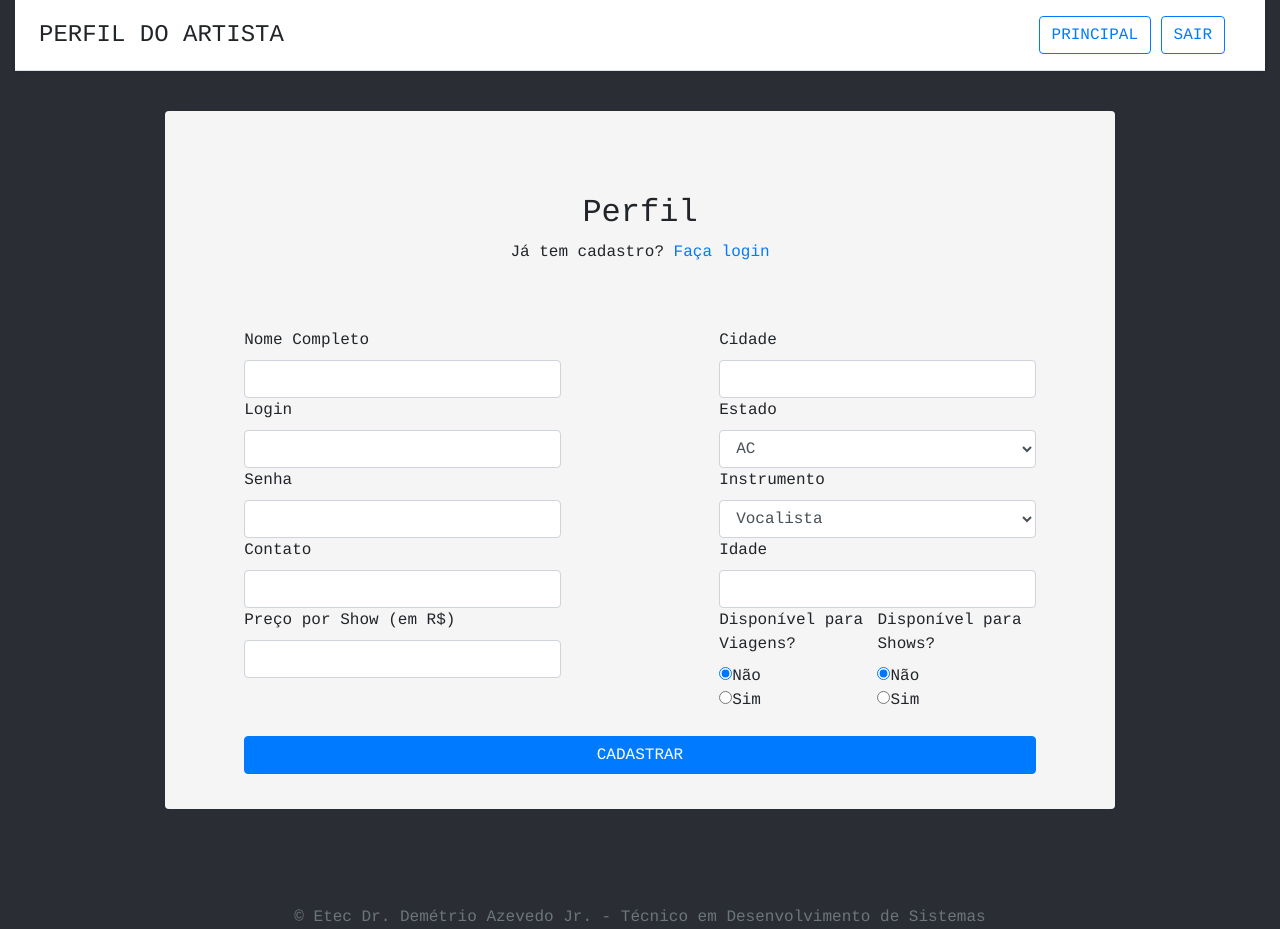
Repository: van051299/aula_20200211_crud
Page: http://localhost/perfil.php
The author's editor kept a copy of each file at every save. The page is drawn from the files as they stood at one save, then again after the next save.
The browser window is 1280 px wide. The pictures show the whole page.
The page is run by PHP 8.4 with error messages shown; the project is at /var/www/html/. The session is filled in as if someone had signed in: {"login": "testuser"}. Other server files are loaded and not shown.

Above is the page before, as saved 2019-11-22 16:39:41.
Console error: TypeError: Cannot read properties of undefined (reading 'fn')

### 2511-v2.3/perfil.php
<?php
session_start();

include 'conexao.php';

if(empty($_SESSION["login"])){
	echo "<script>alert('Faça o login primeiramente!')</script>";
	header("Location:login.php");
}
?>

<!DOCTYPE html>
<html lang="pt-br">
	<head>
		<title>Perfil</title>
		<!-- Meta tags Obrigatórias -->
		<meta charset="utf-8" />
		<meta name="viewport" content="width=device-width, initial-scale=1, shrink-to-fit=no">
		<!-- Arquivo CSS Bootstrap -->
		<link rel="stylesheet" href="css/bootstrap.min.css" />
		<!-- Arquivo CSS do projeto -->
		<link rel="stylesheet" href="css/estilo.css" />
    <link rel="stylesheet" type="text/css" href="css/stylesheets.css">
		<!-- CSS interno -->
		<style>
		.container {
			max-width: 950px;

		}
		body {
			background-color: #2A2D34;
            font-family:courier,arial,helvetica;
		}
		</style>
  </head>

  <body>

    <div class="container-fluid">
        <div class="d-flex flex-column flex-md-row align-items-center p-3 px-md-4 mb-3 bg-white border-bottom shadow-sm">
            <h4 class="my-0 mr-md-auto font-weight-normal">PERFIL DO ARTISTA</h4>
            <nav class="my-2 my-md-0 mr-md-3">
				<a class="btn btn-outline-primary" href="index.php">PRINCIPAL</a>
				<a class="btn btn-outline-primary" href="logout.php">SAIR</a>
      </nav>
    </div>
    <br>

    <form action="" method="POST">
    <div class="container rounded " style="background-color: #f5f5f5; padding-bottom: 35px; padding-top: 35px;">
        <div class="py-5 text-center">
            <h2>Perfil</h2>
                <p>Já tem cadastro?<a href="login.php"> Faça login</a></p>
        </div>
      <div class="row">
        <div class="col-1">

        </div>
      <div class="col-4 p-0">
        <label for="nome">Nome Completo</label>
        <input type="text" class="form-control " name="nome" id="nome" placeholder="" value="">
      </div>
      <div class="col-2 p-0">

      </div>
      <div class="col-4 p-0">
        <label for="cidade">Cidade</label>
        <input type="text" class="form-control" name="cidade" id="cidade" placeholder="" required>
      </div>
    </div>

        <div class="row">
          <div class="col-1">

          </div>
          <div class="col-4 p-0">
            <label for="login">Login</label>
            <input type="text" class="form-control" name="login" id="login" placeholder="" required>
          </div>
          <div class="col-2">

          </div>
          <div class="col-4 p-0">
            <label for="estado">Estado</label>
                <select class="form-control" name="estado" id="estado">
                    <option value="ac">AC</option>
                    <option value="al">AL</option>
                    <option value="ap">AP</option>
                    <option value="am">AM</option>
                    <option value="ba">BA</option>
                    <option value="ce">CE</option>
                    <option value="df">DF</option>
                    <option value="es">ES</option>
                    <option value="go">GO</option>
                    <option value="ma">MA</option>
                    <option value="ms">MS</option>
                    <option value="mt">MT</option>
                    <option value="mg">MG</option>
                    <option value="pa">PA</option>
                    <option value="pb">PB</option>
                    <option value="pr">PR</option>
                    <option value="pe">PE</option>
                    <option value="pi">PI</option>
                    <option value="rj">RJ</option>
                    <option value="rn">RN</option>
                    <option value="ro">RO</option>
                    <option value="rr">RR</option>
                    <option value="rs">RS</option>
                    <option value="sc">SC</option>
                    <option value="sp">SP</option>`
                    <option value="to">TO</option>
                    <option value="se">SE</option>
                </select>
          </div>
        </div>

        <div class="row">
          <div class="col-1">

          </div>
          <div class="col-4 p-0 ">
            <label for="senha">Senha</label>
            <input type="password" class="form-control" name="senha" id="senha" placeholder="" required>
          </div>
          <div class="col-2">

          </div>
          <div class="col-4 p-0">
            <label for="instrumento">Instrumento</label>
                <select class="form-control" name="instrumento" id="instrumento">
                    <option value="vocalista">Vocalista</option>
                    <option value="violao">Violão</option>
                    <option value="guitarra">Guitarra</option>
                    <option value="bateria">Bateria</option>
                    <option value="teclado">Teclado</option>
                    <option value="percussao">Percussão</option>
                    <option value="contrabaixo">Contrabaixo</option>
                    <option value="baixo">Baixo</option>
                    <option value="cavaquinho">Cavaquinho</option>
                    <option value="pandeiro">Pandeiro</option>
                </select>
          </div>
        </div>
        <div class="row">
          <div class="col-1">

          </div>
          <div class="col-4 p-0">
             <label for="contato">Contato</label>
              <input type="text" class="form-control" name="contato" id="contato" maxlength="15" required>
          </div>
          <div class="col-2">

          </div>
          <div class="col-4 p-0">
            <label for="idade">Idade</label>
            <input type="number" class="form-control" name="idade" id="idade" placeholder="" required>
          </div>
        </div>
        <div class="row">
          <div class="col-1">

          </div>
          <div class="col-4 p-0">
            <label for="preco">Preço por Show (em R$)</label>
            <input type="number" class="form-control" name="preco" id="preco" placeholder="" required>
          </div>
          <div class="col-2">

          </div>
          <div class="col-2 p-0">
            <label for="viagem">Disponível para Viagens?</label><br>
            <input type="radio"  name="viagem" value="nao" id="viagem" placeholder="" checked>Não<br>
            <input type="radio"  name="viagem" value="sim" id="viagem" placeholder="" >Sim
          </div>
          <div class="col-2 p-0">
            <label for="disponivel">Disponível para Shows?</label><br>
            <input type="radio"  name="disponivel" value="nao" id="disponivel" placeholder="" checked>Não<br>
            <input type="radio"  name="disponivel" value="sim" id="disponivel" placeholder="" >Sim
          </div>
        </div>
        <div class="row">
          <div class="col-12">
            <br>
          </div>
        </div>

        <div class="row">


          <div class="col-1">

          </div>
          <div class="col-10 p-0" >
            <input type="submit" class="btn btn-primary  btn-block" value="CADASTRAR">
          </div>
        </div>
  	</div><!-- fim class container -->
    <footer class="my-5 pt-5 text-muted text-center text-small">
        <p class="mb-1">&copy; Etec Dr. Demétrio Azevedo Jr. - Técnico em Desenvolvimento de Sistemas</p>
      </footer>
	<!-- documentos javascript -->
	<script src="js/bootstrap.min.js"></script>
	<script src="js/jquery.min.js"></script>
	<script src="js/popper.min.js"></script>
  </body>
</html>

### 2511-v2.3/conexao.php
<?php
$servidor = "localhost";
$usuario = "root";
$senha = ""; //minas
$database = "MUSICA";

$conexao = mysqli_connect($servidor, $usuario, $senha, $database);
mysqli_set_charset($conexao, "utf8");

if(!$conexao)
	echo "Falha na conexão do Database!" . mysqli_connect_error();
else
	//echo "Conexão bem-sucedida!";

?>

### 2511-v2.3/css/estilo.css
/* documento CSS */
html,
body {
  height: 100%;
}



.lh-condensed { line-height: 1.25; }

.form-signin {
  width: 100%;
  max-width: 300px;
  padding: 15px;
  margin: auto;
  text-align:center;
}
.form-signin {
  font-weight: 400;
}
.form-signin .form-control {
  position: relative;
  box-sizing: border-box;
  height: auto;
  padding: 10px;
  font-size: 16px;
}
.form-signin .form-control:focus {
  z-index: 2;
}
.form-signin input[type="text"] {
  margin-bottom: -1px;
  border-bottom-right-radius: 0;
  border-bottom-left-radius: 0;
}
.form-signin input[type="password"] {
  margin-bottom: 10px;
  border-top-left-radius: 0;
  border-top-right-radius: 0;
}
.semcadastro {
  padding-top: 30px;
}
.semcadastro p a{
  text-decoration:none;
  font-weight:800;
}

Loaded but not shown: 2511-v2.3/css/bootstrap.min.css (library); 2511-v2.3/js/bootstrap.min.js (library); 2511-v2.3/js/jquery.min.js (library); 2511-v2.3/js/popper.min.js (library); 2511-v2.3/css/stylesheets.css (no stored copy; drawn as an empty file)

After the next save:
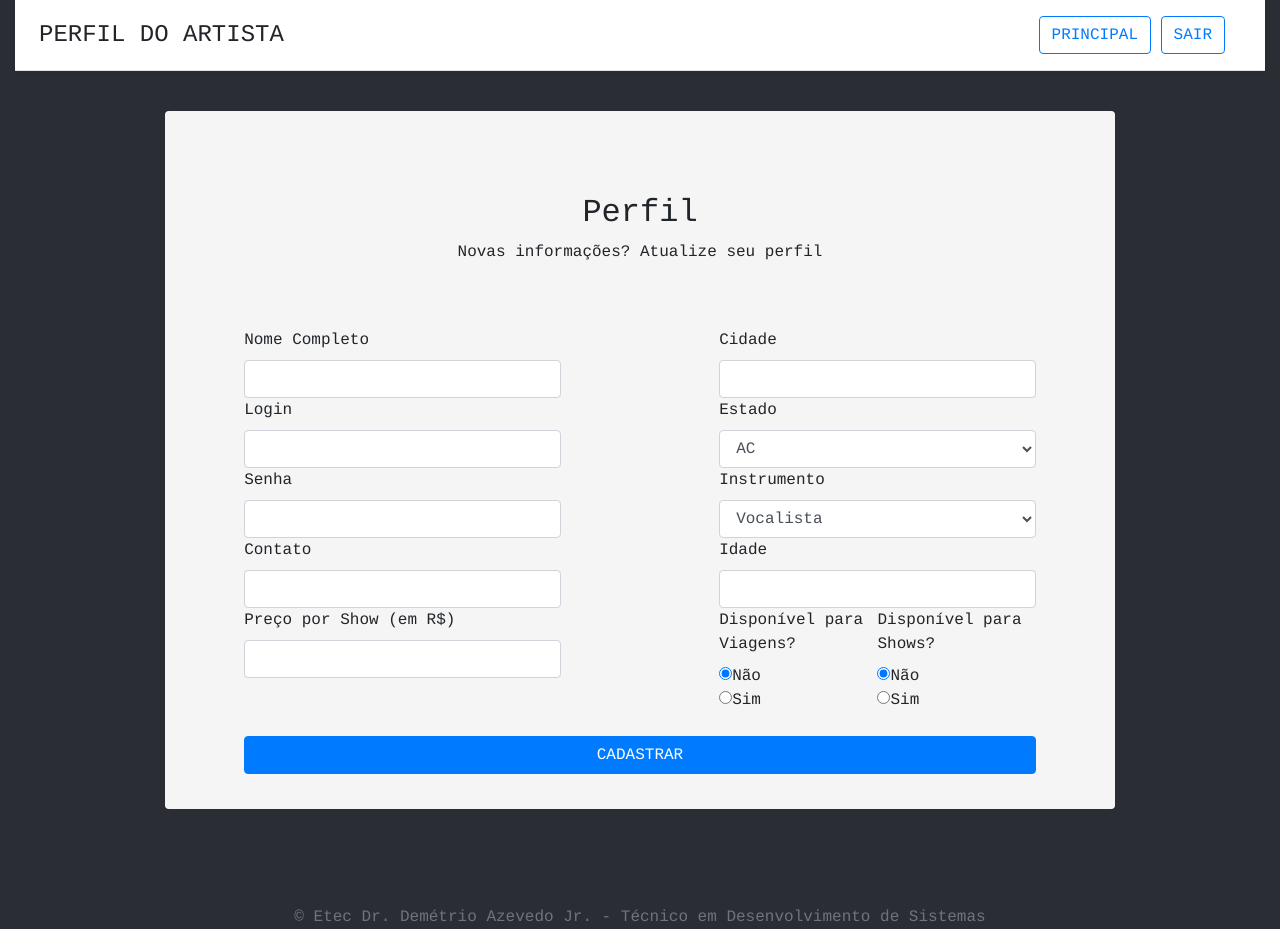
Saved 65 s later.
--- a/2511-v2.3/perfil.php
+++ b/2511-v2.3/perfil.php
@@ -50,7 +50,7 @@ if(empty($_SESSION["login"])){
     <div class="container rounded " style="background-color: #f5f5f5; padding-bottom: 35px; padding-top: 35px;">
         <div class="py-5 text-center">
             <h2>Perfil</h2>
-                <p>Já tem cadastro?<a href="login.php"> Faça login</a></p>
+                <p>Novas informações? Atualize seu perfil</p>
         </div>
       <div class="row">
         <div class="col-1">
